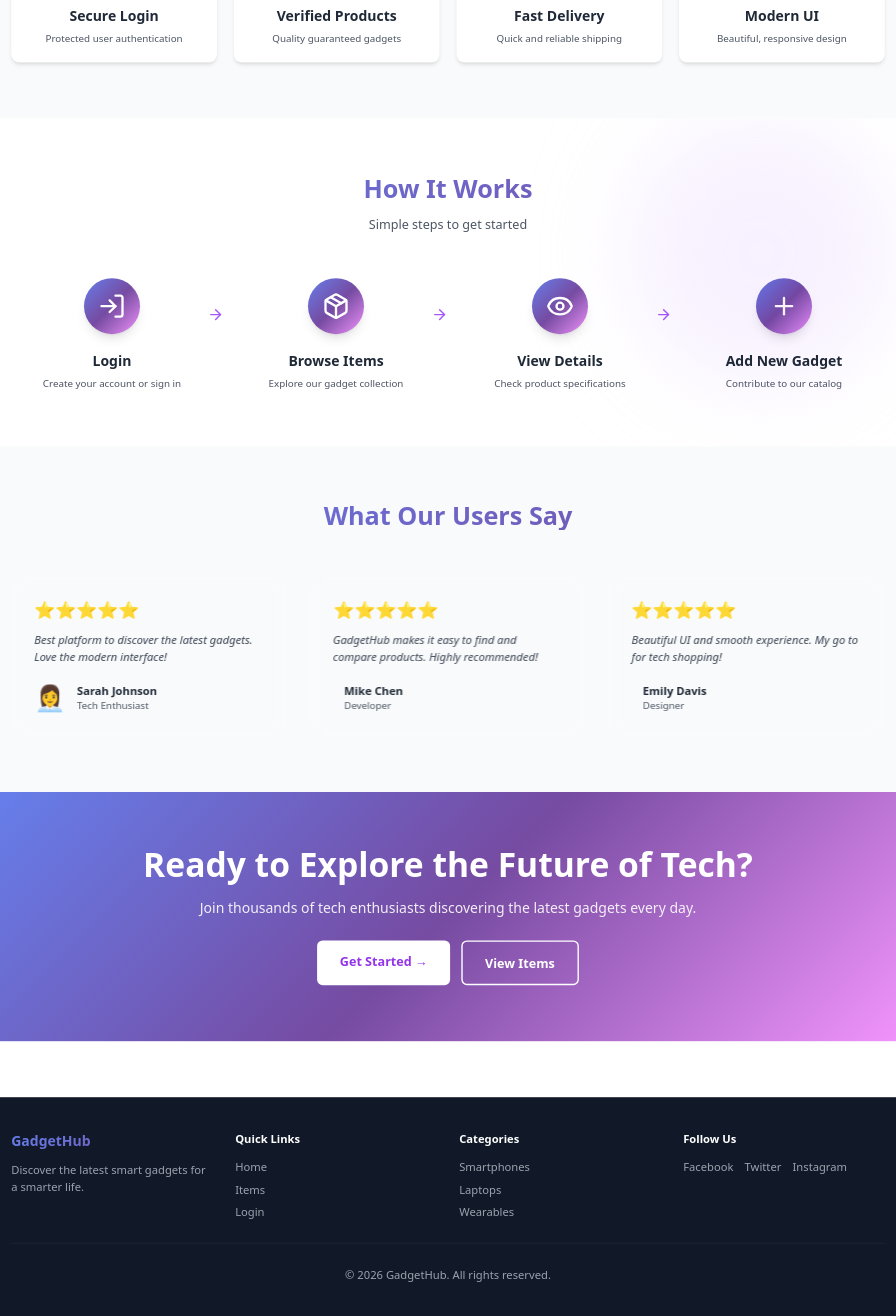
Repository: rajes124/Gadget-Next-js
Page: /
The author's editor kept a copy of each file at every save. The page is drawn from the files as they stood at one save, then again after the next save.
The browser window is 1280 px wide. The pictures show the part of the page from y = 2449 to 4369 px (the page is 4329 px tall before and 4369 px after), at 70% of full size.
The project was rebuilt for these pictures with package versions that can differ from the ones it lists, and the page was loaded fresh each time. The framework's server and built-in components were replaced by stand-ins that run in the browser. Also part of the build but not shown: next.config.js.

Above is the page before, as saved 2026-01-18 11:56:05.

### app/layout.tsx
import type { Metadata } from "next";
import Navbar from "@/components/Navbar";
import Footer from "@/components/Footer";
import Providers from "@/components/Providers";
import "./globals.css";

export const metadata: Metadata = {
  title: "GadgetHub - Discover Smart Gadgets",
  description: "Explore the latest technology and innovations. Find your perfect gadget today.",
};

export default function RootLayout({
  children,
}: {
  children: React.ReactNode;
}) {
  return (
    <html lang="en" suppressHydrationWarning>
      <body className="bg-white dark:bg-slate-950 text-gray-900 dark:text-gray-100">
        <Providers>
          <Navbar />
          <main className="min-h-screen pt-16">
            {children}
          </main>
          <Footer />
        </Providers>
      </body>
    </html>
  );
}

### app/page.tsx
import HeroSection from "@/components/sections/HeroSection";
import CategoriesSection from "@/components/sections/CategoriesSection";
import FeaturedSection from "@/components/sections/FeaturedSection";
import WhyChooseSection from "@/components/sections/WhyChooseSection";
import HowItWorksSection from "@/components/sections/HowItWorksSection";
import TestimonialsSection from "@/components/sections/TestimonialsSection";
import CTASection from "@/components/sections/CTASection";

export default function Home() {
  return (
    <>
      <HeroSection />
      <CategoriesSection />
      <FeaturedSection />
      <WhyChooseSection />
      <HowItWorksSection />
      <TestimonialsSection />
      <CTASection />
    </>
  );
}

### components/Footer.tsx
'use client';

export default function Footer() {
  return (
    <footer className="bg-gray-900 dark:bg-black text-white py-12 mt-20">
      <div className="max-w-7xl mx-auto px-4">
        <div className="grid md:grid-cols-4 gap-8 mb-8">
          <div>
            <h3 className="text-xl font-bold mb-4 gradient-text">GadgetHub</h3>
            <p className="text-gray-400">Discover the latest smart gadgets for a smarter life.</p>
          </div>
          <div>
            <h4 className="font-semibold mb-4">Quick Links</h4>
            <ul className="space-y-2 text-gray-400">
              <li><a href="#" className="hover:text-white transition">Home</a></li>
              <li><a href="/items" className="hover:text-white transition">Items</a></li>
              <li><a href="/login" className="hover:text-white transition">Login</a></li>
            </ul>
          </div>
          <div>
            <h4 className="font-semibold mb-4">Categories</h4>
            <ul className="space-y-2 text-gray-400">
              <li><a href="#" className="hover:text-white transition">Smartphones</a></li>
              <li><a href="#" className="hover:text-white transition">Laptops</a></li>
              <li><a href="#" className="hover:text-white transition">Wearables</a></li>
            </ul>
          </div>
          <div>
            <h4 className="font-semibold mb-4">Follow Us</h4>
            <div className="flex gap-4">
              <a href="#" className="text-gray-400 hover:text-white transition">Facebook</a>
              <a href="#" className="text-gray-400 hover:text-white transition">Twitter</a>
              <a href="#" className="text-gray-400 hover:text-white transition">Instagram</a>
            </div>
          </div>
        </div>
        <div className="border-t border-gray-800 pt-8 text-center text-gray-400">
          <p>&copy; 2026 GadgetHub. All rights reserved.</p>
        </div>
      </div>
    </footer>
  );
}

### components/Providers.tsx
'use client';

import { Toaster } from 'react-hot-toast';
import { ThemeProvider } from 'next-themes';

export default function Providers({ children }: { children: React.ReactNode }) {
  return (
    <ThemeProvider attribute="class" defaultTheme="light" enableSystem>
      {children}
      <Toaster position="top-right" />
    </ThemeProvider>
  );
}

### app/globals.css
@tailwind base;
@tailwind components;
@tailwind utilities;

* {
  margin: 0;
  padding: 0;
  box-sizing: border-box;
}

html {
  scroll-behavior: smooth;
}

body {
  transition: background-color 0.3s ease, color 0.3s ease;
}

.gradient-text {
  background: linear-gradient(135deg, #667eea 0%, #764ba2 100%);
  -webkit-background-clip: text;
  -webkit-text-fill-color: transparent;
  background-clip: text;
}

.gradient-bg {
  background: linear-gradient(135deg, #667eea 0%, #764ba2 50%, #f093fb 100%);
}

.glass-effect {
  background: rgba(255, 255, 255, 0.1);
  backdrop-filter: blur(10px);
  border: 1px solid rgba(255, 255, 255, 0.2);
}

.dark .glass-effect {
  background: rgba(15, 23, 42, 0.3);
  border: 1px solid rgba(148, 163, 184, 0.2);
}

.gradient-btn {
  background: linear-gradient(135deg, #667eea 0%, #764ba2 100%);
  transition: all 0.3s ease;
}

.gradient-btn:hover {
  transform: translateY(-2px);
  box-shadow: 0 10px 25px rgba(102, 126, 234, 0.4);
}

### components/sections/CategoriesSection.tsx
'use client';

import { Smartphone, Laptop, Watch, Headphones } from 'lucide-react';

export default function CategoriesSection() {
  const categories = [
    {
      name: 'Smartphones',
      icon: Smartphone,
      color: 'from-blue-500 to-cyan-500',
      description: 'Latest phones & devices'
    },
    {
      name: 'Laptops',
      icon: Laptop,
      color: 'from-purple-500 to-pink-500',
      description: 'Powerful computing devices'
    },
    {
      name: 'Wearables',
      icon: Watch,
      color: 'from-green-500 to-emerald-500',
      description: 'Smart watches & bands'
    },
    {
      name: 'Accessories',
      icon: Headphones,
      color: 'from-orange-500 to-red-500',
      description: 'Cables, cases & more'
    },
  ];

  return (
    <section className="py-20 px-4 bg-gray-50 dark:bg-slate-800">
      <div className="max-w-7xl mx-auto">
        <div className="text-center mb-16 animate-fade-in">
          <h2 className="text-4xl font-bold mb-4 gradient-text">Browse by Category</h2>
          <p className="text-gray-600 dark:text-gray-400 text-lg">Find gadgets by type</p>
        </div>
        <div className="grid md:grid-cols-4 gap-6">
          {categories.map((cat, idx) => {
            const IconComp = cat.icon;
            return (
              <div
                key={cat.name}
                className="group glass-effect p-8 rounded-2xl text-center cursor-pointer hover:scale-110 hover:shadow-2xl transition-all duration-300 transform animate-slide-in-up"
                style={{ animationDelay: `${idx * 0.1}s` }}
              >
                <div className={`inline-flex items-center justify-center w-20 h-20 rounded-full bg-gradient-to-r ${cat.color} mb-4 group-hover:shadow-lg transition-all`}>
                  <IconComp className="w-10 h-10 text-white" />
                </div>
                <h3 className="text-xl font-semibold text-gray-800 dark:text-white mb-2 group-hover:text-transparent group-hover:bg-clip-text group-hover:bg-gradient-to-r group-hover:from-purple-500 group-hover:to-pink-500 transition-all">
                  {cat.name}
                </h3>
                <p className="text-gray-600 dark:text-gray-400 text-sm">{cat.description}</p>
              </div>
            );
          })}
        </div>
      </div>
    </section>
  );
}

### components/sections/WhyChooseSection.tsx
'use client';

import { Lock, CheckCircle, Zap, Palette } from 'lucide-react';

export default function WhyChooseSection() {
  const reasons = [
    { icon: Lock, title: 'Secure Login', description: 'Protected user authentication', color: 'text-blue-600 dark:text-blue-400' },
    { icon: CheckCircle, title: 'Verified Products', description: 'Quality guaranteed gadgets', color: 'text-green-600 dark:text-green-400' },
    { icon: Zap, title: 'Fast Delivery', description: 'Quick and reliable shipping', color: 'text-yellow-600 dark:text-yellow-400' },
    { icon: Palette, title: 'Modern UI', description: 'Beautiful, responsive design', color: 'text-purple-600 dark:text-purple-400' },
  ];

  return (
    <section className="py-20 px-4 bg-gray-50 dark:bg-slate-800">
      <div className="max-w-7xl mx-auto">
        <div className="text-center mb-16 animate-fade-in">
          <h2 className="text-4xl font-bold mb-4 gradient-text">Why Choose GadgetHub?</h2>
          <p className="text-gray-600 dark:text-gray-400 text-lg">Everything you need for the best experience</p>
        </div>
        <div className="grid md:grid-cols-4 gap-6">
          {reasons.map((reason, idx) => {
            const IconComp = reason.icon;
            return (
              <div
                key={reason.title}
                className="text-center p-6 bg-white dark:bg-slate-700 rounded-xl shadow-md hover:shadow-xl transition-all duration-300 transform hover:scale-105 animate-slide-in-up"
                style={{ animationDelay: `${idx * 0.1}s` }}
              >
                <div className={`w-16 h-16 rounded-full bg-gray-100 dark:bg-gray-600 flex items-center justify-center mx-auto mb-4 ${reason.color}`}>
                  <IconComp className="w-8 h-8" />
                </div>
                <h3 className="text-xl font-bold text-gray-800 dark:text-white mb-2">{reason.title}</h3>
                <p className="text-gray-600 dark:text-gray-400 text-sm">{reason.description}</p>
              </div>
            );
          })}
        </div>
      </div>
    </section>
  );
}

### components/sections/HowItWorksSection.tsx
'use client';

import { LogIn, Package, Eye, Plus, ArrowRight } from 'lucide-react';

export default function HowItWorksSection() {
  const steps = [
    { number: 1, icon: LogIn, title: 'Login', description: 'Create your account or sign in' },
    { number: 2, icon: Package, title: 'Browse Items', description: 'Explore our gadget collection' },
    { number: 3, icon: Eye, title: 'View Details', description: 'Check product specifications' },
    { number: 4, icon: Plus, title: 'Add New Gadget', description: 'Contribute to our catalog' },
  ];

  return (
    <section className="py-20 px-4 bg-white dark:bg-slate-900 relative overflow-hidden">
      <div className="max-w-7xl mx-auto">
        <div className="text-center mb-16 animate-fade-in">
          <h2 className="text-4xl font-bold mb-4 gradient-text">How It Works</h2>
          <p className="text-gray-600 dark:text-gray-400 text-lg">Simple steps to get started</p>
        </div>
        <div className="grid md:grid-cols-4 gap-8">
          {steps.map((step, idx) => {
            const IconComp = step.icon;
            return (
              <div key={step.number} className="relative text-center group animate-slide-in-up" style={{ animationDelay: `${idx * 0.1}s` }}>
                <div className="flex justify-center mb-6">
                  <div className="gradient-bg w-20 h-20 rounded-full flex items-center justify-center text-white shadow-lg group-hover:shadow-2xl transition-all group-hover:scale-110 duration-300">
                    <IconComp className="w-10 h-10" />
                  </div>
                </div>
                <h3 className="text-xl font-bold text-gray-800 dark:text-white mb-2">{step.title}</h3>
                <p className="text-gray-600 dark:text-gray-400 text-sm">{step.description}</p>

                {/* Connecting Arrow */}
                {step.number < 4 && (
                  <div className="hidden md:flex absolute top-10 -right-4 items-center justify-center">
                    <ArrowRight className="w-6 h-6 text-purple-500" />
                  </div>
                )}
              </div>
            );
          })}
        </div>
      </div>

      {/* Decorative elements */}
      <div className="absolute top-0 right-0 w-96 h-96 bg-purple-200 dark:bg-purple-900 rounded-full mix-blend-multiply filter blur-3xl opacity-10 animate-pulse"></div>
    </section>
  );
}

### components/sections/TestimonialsSection.tsx
'use client';

export default function TestimonialsSection() {
  const testimonials = [
    {
      name: 'Sarah Johnson',
      role: 'Tech Enthusiast',
      avatar: '👩‍💼',
      text: 'Best platform to discover the latest gadgets. Love the modern interface!',
      rating: 5,
    },
    {
      name: 'Mike Chen',
      role: 'Developer',
      text: 'GadgetHub makes it easy to find and compare products. Highly recommended!',
      rating: 5,
    },
    {
      name: 'Emily Davis',
      role: 'Designer',
      text: 'Beautiful UI and smooth experience. My go to for tech shopping!',
      rating: 5,
    },
  ];

  return (
    <section className="py-20 px-4 bg-gray-50 dark:bg-slate-800">
      <div className="max-w-7xl mx-auto">
        <h2 className="text-4xl font-bold text-center mb-16 gradient-text">What Our Users Say</h2>
        <div className="grid md:grid-cols-3 gap-8">
          {testimonials.map((testimonial) => (
            <div key={testimonial.name} className="glass-effect p-8 rounded-2xl">
              <div className="flex mb-4">
                {[...Array(testimonial.rating)].map((_, i) => (
                  <span key={i} className="text-2xl">⭐</span>
                ))}
              </div>
              <p className="text-gray-700 dark:text-gray-300 mb-6 italic">{testimonial.text}</p>
              <div className="flex items-center gap-4">
                <div className="text-4xl">{testimonial.avatar}</div>
                <div>
                  <h4 className="font-bold text-gray-800 dark:text-white">{testimonial.name}</h4>
                  <p className="text-sm text-gray-600 dark:text-gray-400">{testimonial.role}</p>
                </div>
              </div>
            </div>
          ))}
        </div>
      </div>
    </section>
  );
}

### components/sections/CTASection.tsx
'use client';

import Link from 'next/link';

export default function CTASection() {
  return (
    <section className="gradient-bg py-20 px-4 text-white">
      <div className="max-w-4xl mx-auto text-center">
        <h2 className="text-5xl font-bold mb-6">Ready to Explore the Future of Tech?</h2>
        <p className="text-xl mb-8 opacity-90">
          Join thousands of tech enthusiasts discovering the latest gadgets every day.
        </p>
        <div className="flex flex-col md:flex-row gap-4 justify-center">
          <Link href="/login" className="bg-white text-purple-600 px-8 py-4 rounded-lg font-bold text-lg hover:scale-105 transition">
            Get Started →
          </Link>
          <Link href="/items" className="border-2 border-white text-white px-8 py-4 rounded-lg font-bold text-lg hover:bg-white hover:bg-opacity-10 transition">
            View Items
          </Link>
        </div>
      </div>
    </section>
  );
}

### lib/auth.ts
import { signOut, signInWithEmailAndPassword, createUserWithEmailAndPassword } from 'firebase/auth';
import { auth } from './firebase';
import { setAuthCookie, removeAuthCookie, setUserCookie, getUserCookie } from './cookies';

export const signIn = async (email: string, password: string) => {
  try {
    const result = await signInWithEmailAndPassword(auth, email, password);
    const token = await result.user.getIdToken();

    setAuthCookie(token);
    setUserCookie({
      uid: result.user.uid,
      email: result.user.email,
      displayName: result.user.displayName,
    });

    return result.user;
  } catch (error: any) {
    throw error;
  }
};

export const signUp = async (email: string, password: string, displayName?: string) => {
  try {
    const result = await createUserWithEmailAndPassword(auth, email, password);
    const token = await result.user.getIdToken();

    setAuthCookie(token);
    setUserCookie({
      uid: result.user.uid,
      email: result.user.email,
      displayName: displayName || email.split('@')[0],
    });

    return result.user;
  } catch (error: any) {
    throw error;
  }
};

export const logout = async () => {
  try {
    await signOut(auth);
    removeAuthCookie();
  } catch (error) {
    console.error('Logout error:', error);
  }
};

export const getCurrentUser = () => {
  return getUserCookie();
};

### lib/firebase.ts
import { initializeApp } from "firebase/app";
import { getAuth } from "firebase/auth";
import { getFirestore } from "firebase/firestore";

const firebaseConfig = {
  apiKey: "AIzaSyDvBJhLa10oqdlcbmkKFgUltEKyrTwjIMk",
  authDomain: "techgad-get.firebaseapp.com",
  projectId: "techgad-get",
  storageBucket: "techgad-get.firebasestorage.app",
  messagingSenderId: "129611510027",
  appId: "1:129611510027:web:4d41bc17581bfff22e320e",
  measurementId: "G-ZS9JZGP2KL"
};

const app = initializeApp(firebaseConfig);
export const auth = getAuth(app);
export const db = getFirestore(app);

export default app;

### lib/cookies.ts
import Cookies from 'js-cookie';

export const setAuthCookie = (token: string) => {
  Cookies.set('auth_token', token, {
    expires: 7,
    secure: process.env.NODE_ENV === 'production',
    sameSite: 'strict',
  });
};

export const getAuthCookie = () => {
  return Cookies.get('auth_token');
};

export const removeAuthCookie = () => {
  Cookies.remove('auth_token');
};

export const setUserCookie = (user: any) => {
  Cookies.set('user', JSON.stringify(user), {
    expires: 7,
    secure: process.env.NODE_ENV === 'production',
    sameSite: 'strict',
  });
};

export const getUserCookie = () => {
  const user = Cookies.get('user');
  return user ? JSON.parse(user) : null;
};

### tailwind.config.ts
import type { Config } from 'tailwindcss';

const config: Config = {
  content: [
    './app/**/*.{js,ts,jsx,tsx,mdx}',
    './components/**/*.{js,ts,jsx,tsx,mdx}',
  ],
  theme: {
    extend: {
      colors: {
        primary: '#667eea',
        secondary: '#764ba2',
      },
    },
  },
  darkMode: 'class',
  plugins: [],
};
export default config;

Loaded but not shown: components/Navbar.tsx (199 lines, source omitted); components/sections/HeroSection.tsx (62 lines, source omitted); components/sections/FeaturedSection.tsx (71 lines, source omitted)

After the next save:
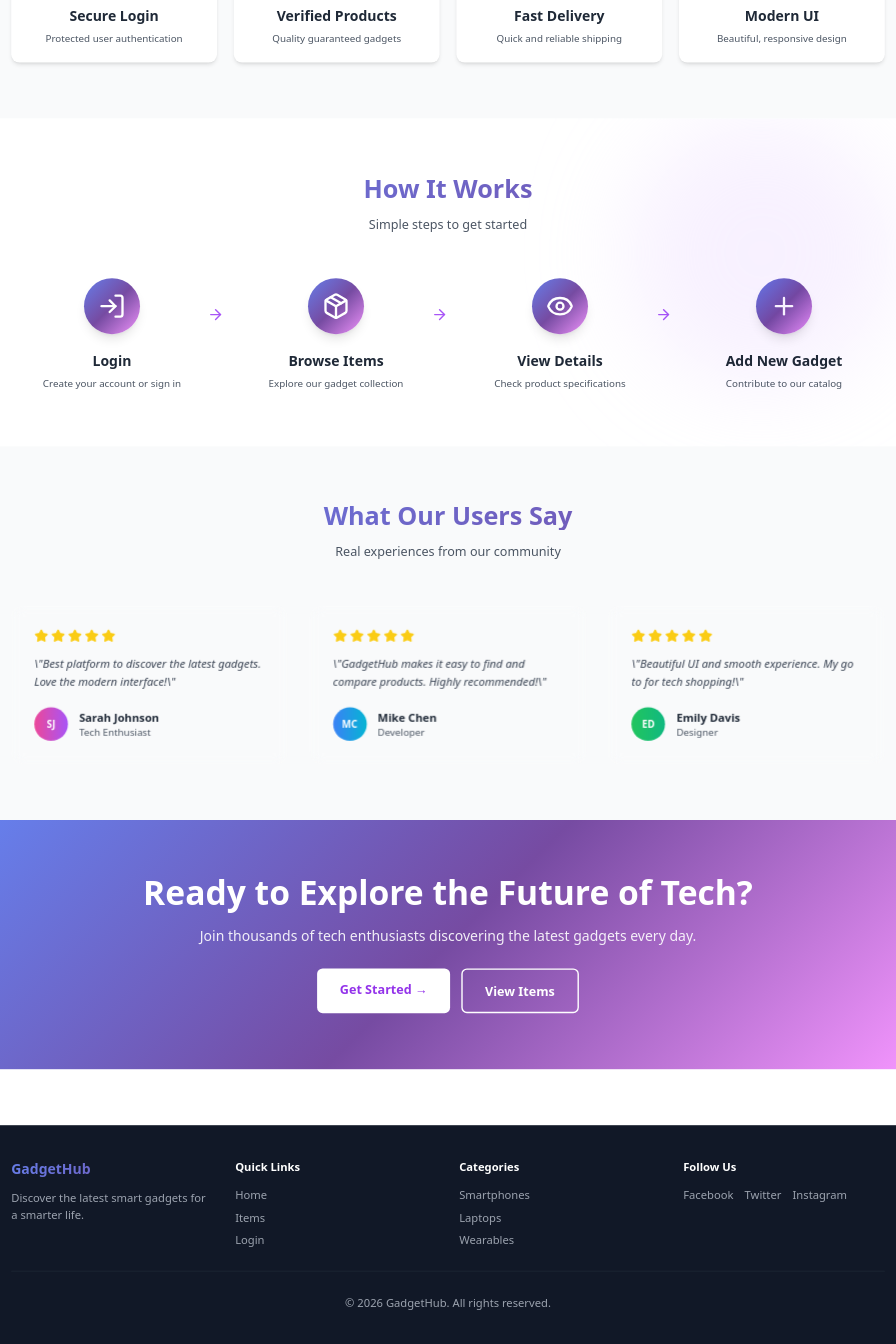
Saved 8 s later.
--- a/components/sections/TestimonialsSection.tsx
+++ b/components/sections/TestimonialsSection.tsx
@@ -1,23 +1,30 @@
 'use client';
+
+import { Star, User } from 'lucide-react';
 
 export default function TestimonialsSection() {
   const testimonials = [
     {
       name: 'Sarah Johnson',
       role: 'Tech Enthusiast',
-      avatar: '👩‍💼',
+      initials: 'SJ',
+      color: 'from-pink-500 to-purple-500',
       text: 'Best platform to discover the latest gadgets. Love the modern interface!',
       rating: 5,
     },
     {
       name: 'Mike Chen',
       role: 'Developer',
+      initials: 'MC',
+      color: 'from-blue-500 to-cyan-500',
       text: 'GadgetHub makes it easy to find and compare products. Highly recommended!',
       rating: 5,
     },
     {
       name: 'Emily Davis',
       role: 'Designer',
+      initials: 'ED',
+      color: 'from-green-500 to-emerald-500',
       text: 'Beautiful UI and smooth experience. My go to for tech shopping!',
       rating: 5,
     },
@@ -26,18 +33,27 @@
   return (
     <section className="py-20 px-4 bg-gray-50 dark:bg-slate-800">
       <div className="max-w-7xl mx-auto">
-        <h2 className="text-4xl font-bold text-center mb-16 gradient-text">What Our Users Say</h2>
+        <div className="text-center mb-16 animate-fade-in">
+          <h2 className="text-4xl font-bold mb-4 gradient-text">What Our Users Say</h2>
+          <p className="text-gray-600 dark:text-gray-400 text-lg">Real experiences from our community</p>
+        </div>
         <div className="grid md:grid-cols-3 gap-8">
-          {testimonials.map((testimonial) => (
-            <div key={testimonial.name} className="glass-effect p-8 rounded-2xl">
-              <div className="flex mb-4">
+          {testimonials.map((testimonial, idx) => (
+            <div
+              key={testimonial.name}
+              className="glass-effect p-8 rounded-2xl hover:shadow-2xl transition-all duration-300 transform hover:scale-105 animate-slide-in-up"
+              style={{ animationDelay: `${idx * 0.1}s` }}
+            >
+              <div className="flex gap-1 mb-4">
                 {[...Array(testimonial.rating)].map((_, i) => (
-                  <span key={i} className="text-2xl">⭐</span>
+                  <Star key={i} className="w-5 h-5 text-yellow-400 fill-yellow-400" />
                 ))}
               </div>
-              <p className="text-gray-700 dark:text-gray-300 mb-6 italic">{testimonial.text}</p>
+              <p className="text-gray-700 dark:text-gray-300 mb-6 italic leading-relaxed">\"{testimonial.text}\"</p>
               <div className="flex items-center gap-4">
-                <div className="text-4xl">{testimonial.avatar}</div>
+                <div className={`w-12 h-12 rounded-full bg-gradient-to-r ${testimonial.color} flex items-center justify-center text-white font-bold text-sm`}>
+                  {testimonial.initials}
+                </div>
                 <div>
                   <h4 className="font-bold text-gray-800 dark:text-white">{testimonial.name}</h4>
                   <p className="text-sm text-gray-600 dark:text-gray-400">{testimonial.role}</p>
